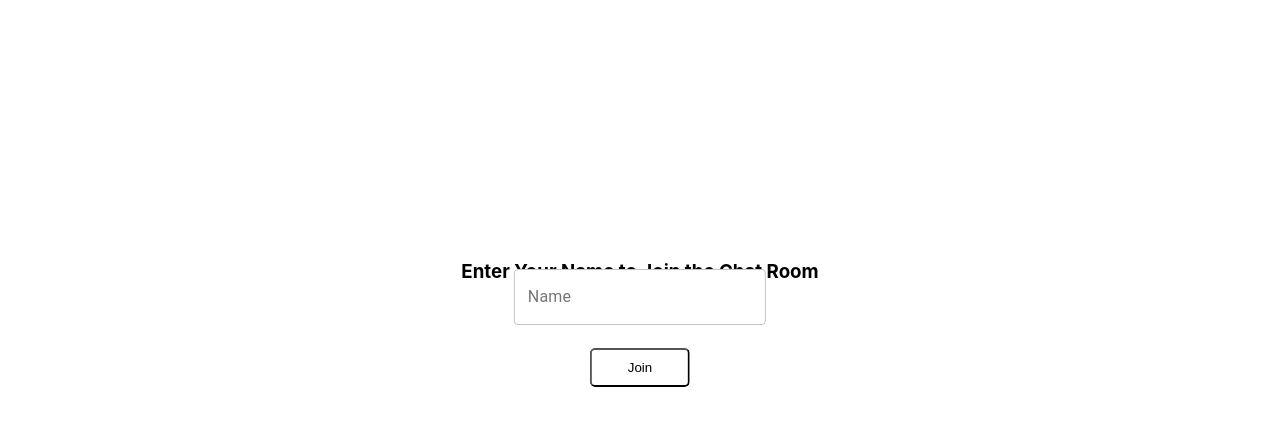
Repository: BarclayRkts/ChatApp
Page: / (app in client/)
An editor plug-in stored every save of this project. The page is shown before and after the next save, followed by the edit.
The browser window is 1280 px wide. The pictures show the whole page.
The project was rebuilt for these pictures with package versions that can differ from the ones it lists, and the page was loaded fresh each time. Also part of the build but not shown: client/src/App.css.

Above is the page before, as saved 2021-05-02 15:04:40.

### client/src/App.js
import React from 'react';
import './App.css';
import LandingPage from './components/LandingPage';

function App() {
  return (
    <div className='container'>
      <LandingPage/>
    </div>

  );
}

export default App;

### client/src/components/LandingPage.js
import React, { useState } from 'react';
import { makeStyles } from '@material-ui/core/styles';
import { TextField } from '@material-ui/core';
import "./LandingPage.css";

const useStyles = makeStyles((theme) => ({
    textField: {
        margin: theme.spacing(1),
        width: '25ch',
        color: 'white',
        backgroundColor: 'white'
    },

}));

export default function LandingPage() {

    const [ name, setName ] = useState("");
    const classes = useStyles();

    return (
        <>
        <h3>Enter Your Name to Join the Chat Room</h3>
        <form className="textFieldBox">
            <TextField
                className={classes.textField}
                name="name"
                value={name}
                label="Name"
                variant="outlined"

            />
            <button className="btn">Join</button>
        </form>
        </>
    )
}

### client/src/components/LandingPage.css
/* *{
    background-color: rgb(105, 56, 161);
    color: rgb(255, 255, 255);
} */

.textFieldBox{
    position: fixed;
    left: 50%;
    top: 45%;
    transform: translate(-50%, -50%);

}

h3{
    position: fixed;
    left: 50%;
    top: 35%;
    transform: translate(-50%, -50%);
}

.btn{
    padding: 10px;
    margin: 0 auto;
    margin-top: 15px;
    background: transparent;
    border-radius: 5px;
    width: 100px;
    display: block;
    outline: 2px solid white;
}

Loaded but not shown: client/public/index.html (common file); client/src/index.js (common file); client/src/index.css (common file); client/src/reportWebVitals.js (common file)

After the next save:
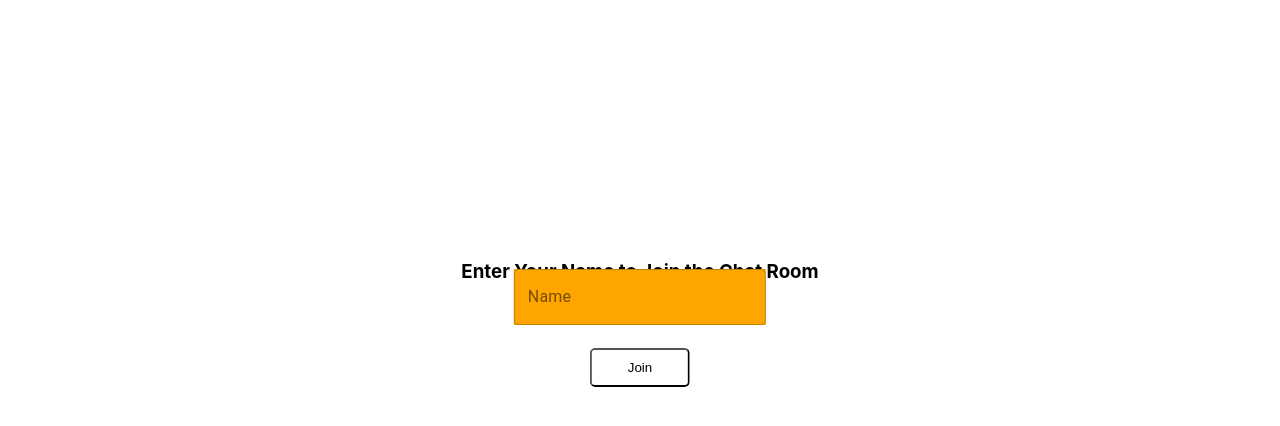
Saved 21 s later.
--- a/client/src/components/LandingPage.js
+++ b/client/src/components/LandingPage.js
@@ -8,7 +8,7 @@ const useStyles = makeStyles((theme) => ({
         margin: theme.spacing(1),
         width: '25ch',
         color: 'white',
-        backgroundColor: 'white'
+        backgroundColor: 'orange'
     },
 
 }));
